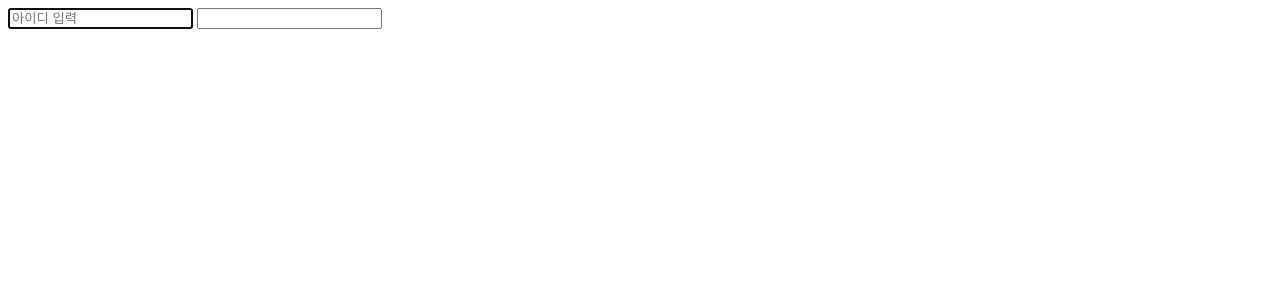
Repository: cordingdodo/javaworks2
Page: practice01/WebContent/login4.html
The author's editor kept a copy of each file at every save. The page is drawn from the files as they stood at one save, then again after the next save.
The browser window is 1280 px wide. The pictures show the whole page.

Above is the page before, as saved 2022-10-17 09:17:11.

After the next save:
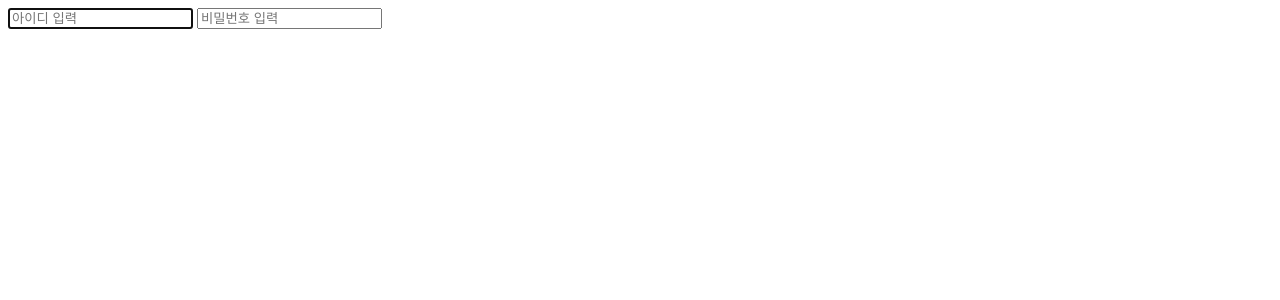
Saved 12 s later.
--- a/practice01/WebContent/login4.html
+++ b/practice01/WebContent/login4.html
@@ -7,7 +7,8 @@
 <body>
 	<form name="loginForm" action="test05.jsp" method="post">
 	<input type="text" name="id" id="id" placeholder="아이디 입력" autofocus required>
-	<input type="password" name="pw" id="pw"
+	<input type="password" name="pw" id="pw" placeholder="비밀번호 입력" required>
+
 	</form>
 	</body>
 </html>
